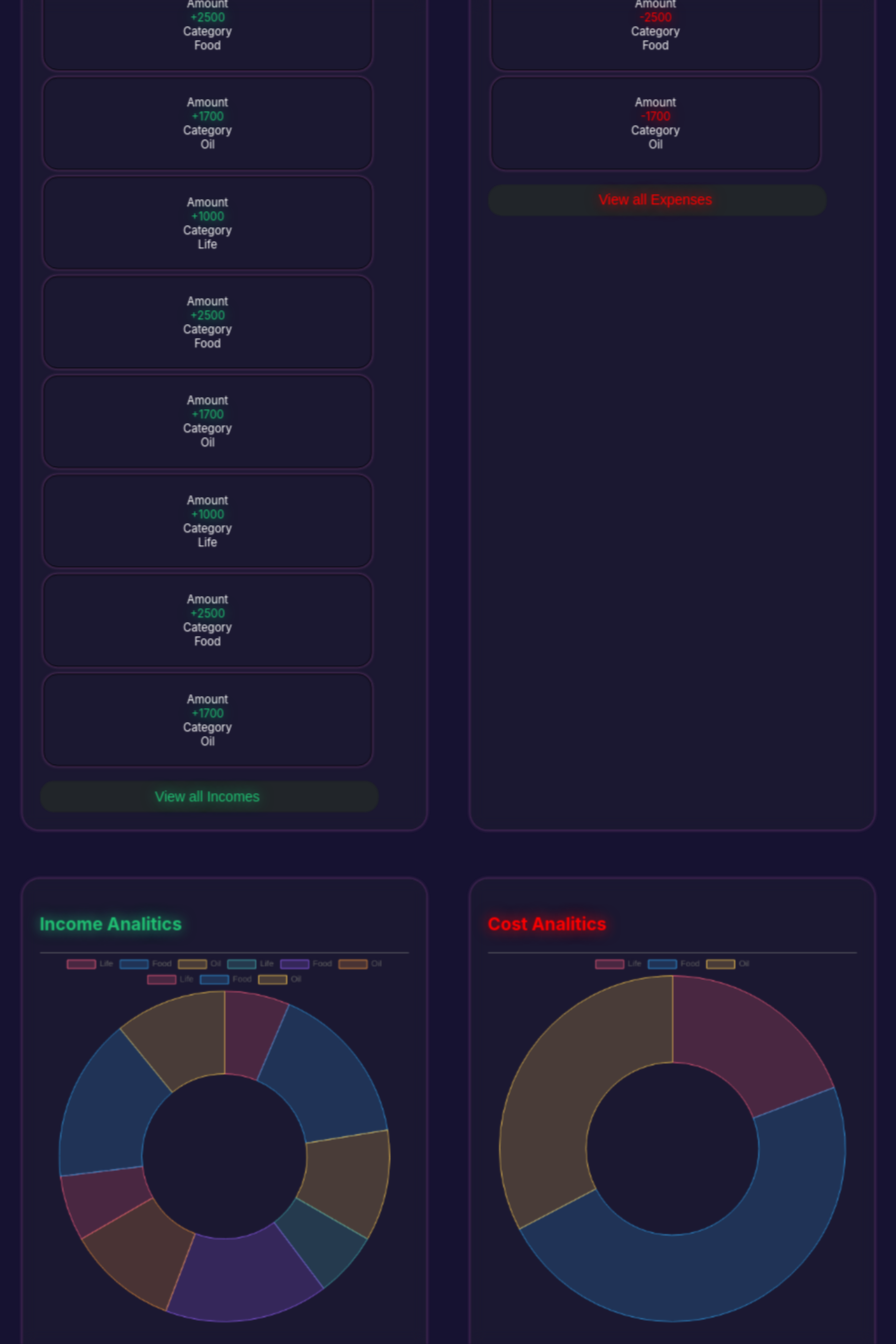
Repository: Minkeani/Money-Manager
Page: /Overview
The author's editor kept a copy of each file at every save. The page is drawn from the files as they stood at one save, then again after the next save.
The browser window is 1280 px wide. The pictures show the part of the page from y = 498 to 2418 px (the page is 3310 px tall before and 1606 px after), at 70% of full size.
The project was rebuilt for these pictures with package versions that can differ from the ones it lists, and the page was loaded fresh each time. Also part of the build but not shown: src/components/Budget/Budget.module.css, src/components/Budget/Budget.jsx, src/components/Settings/Settings.jsx, src/components/NotFound/NotFound.module.css, src/components/NotFound/NotFound.jsx.

Above is the page before, as saved 2022-07-18 20:27:24.

After the next save:
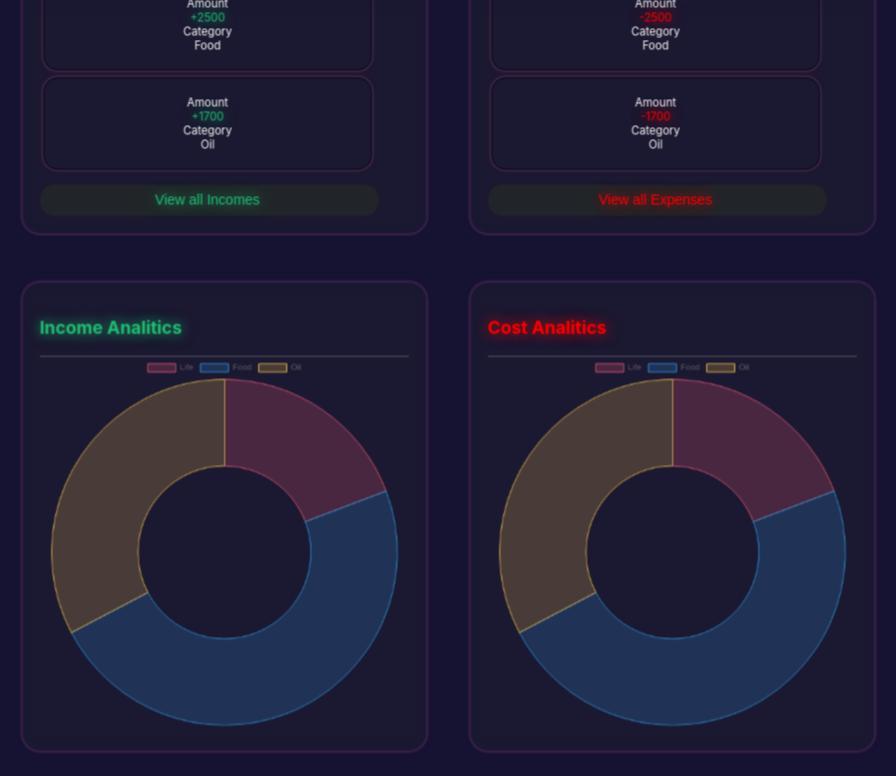
Saved 2 min 6 s later.
--- a/src/components/Overview/Overview.jsx
+++ b/src/components/Overview/Overview.jsx
@@ -5,7 +5,7 @@ import Charts from '../OverviewBlocks/OverviewCharts/Charts'
 
 
 export const data = [ {
-  labels: ['Life', 'Food', 'Oil', 'Life', 'Food', 'Oil', 'Life', 'Food', 'Oil'],
+  labels: ['Life', 'Food', 'Oil'],
   type: 'Incomes',
   Analitic: 'Income',
   sign: '+',
@@ -13,7 +13,7 @@ export const data = [ {
   datasets: [
     {
       label: '# of Votes',
-      data: [1000, 2500, 1700, 1000, 2500, 1700, 1000, 2500, 1700],
+      data: [1000, 2500, 1700],
       backgroundColor: [
         'rgba(255, 99, 132, 0.2)',
         'rgba(54, 162, 235, 0.2)',
